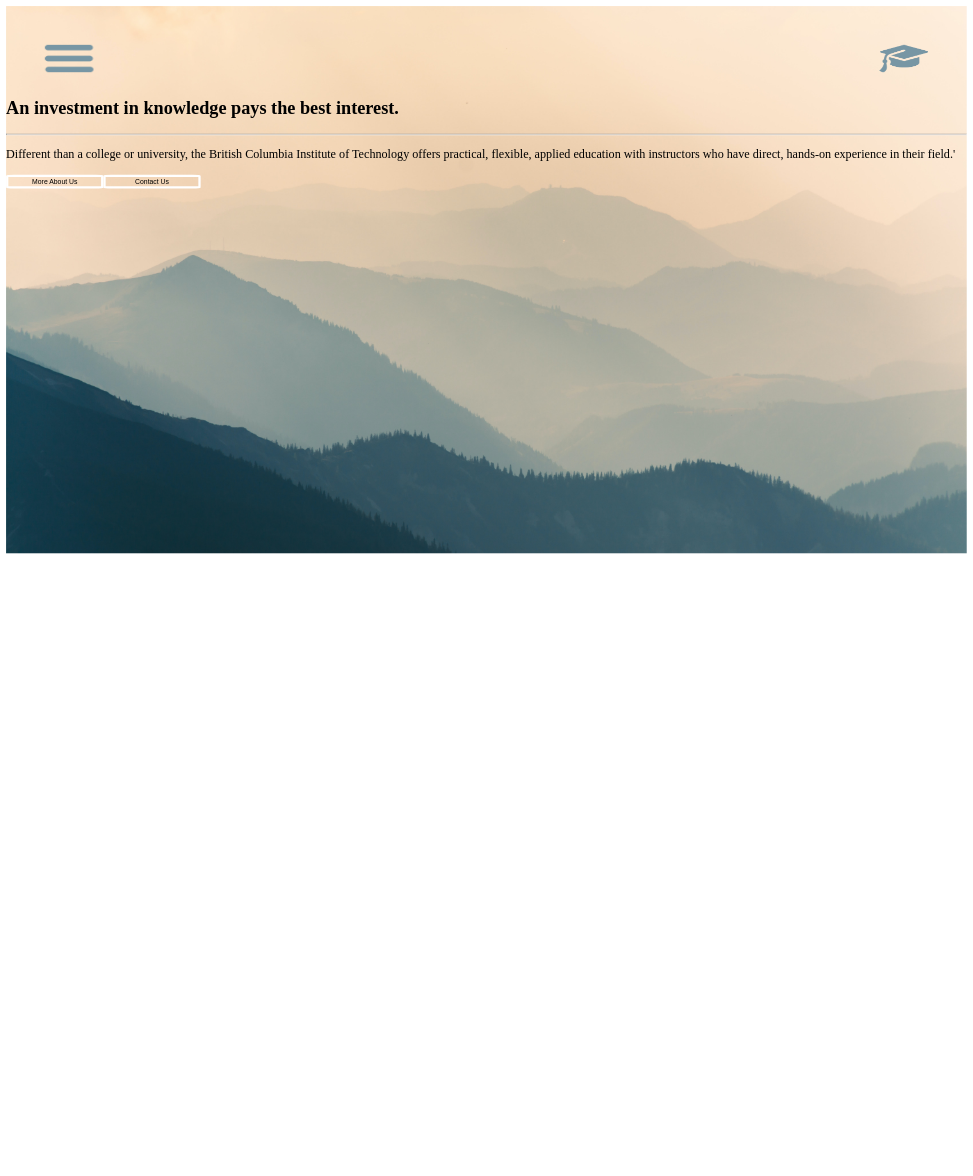
Repository: sierralaurent/MDIA2109-Assignment01
Page: /
An editor plug-in stored every save of this project. The page is shown before and after the next save, followed by the edit.
The browser window is 1280 px wide. The pictures show the whole page, at 76% of full size.
The project was rebuilt for these pictures with package versions that can differ from the ones it lists, and the page was loaded fresh each time. The framework's server and built-in components were replaced by stand-ins that run in the browser. Also part of the build but not shown: next.config.js.

Above is the page before, as saved 2023-02-01 16:33:49.

### pages/index.js
import Head from 'next/head'
import Image from 'next/image'
import { Inter } from '@next/font/google'
import styles from '@/styles/Home.module.css'
import Link from 'next/link'

const inter = Inter({ subsets: ['latin'] })

export default function Home() {
  return (
    <>
    <nav>
      <Head>
        <title>Home</title>
        <meta name="author" content="MDIA 2109" />
        <meta property="og:title" content="Assignment #1 - Home Page" />
        <meta property="og:description" content="BCIT Digital Design and Development Diploma" />
        <link rel="icon" href="/favicon.png" />
        </Head>
        <main className={styles.main} >
          <div className={styles.nav}>
            <img src="icons/menu-icon.png" className={styles.icon1}/>
            <img src="icons/graduation-hat.png" className={styles.icon2}/>
          </div>
          <div className={styles.middle}>
            <h1>An investment in knowledge pays the best interest.</h1>
            <hr></hr>
            <p>Different than a college or university, the British Columbia Institute of Technology offers practical, flexible, applied education with instructors who have direct, hands-on experience in their field.'</p>
            </div>
            <div className={styles.buttons}>
            <Link href="/about">
          <button className={styles.butt}>More About Us</button>
        </Link>
        <Link href="/contact">
        <button className={styles.butt}>Contact Us</button>
        </Link>
            </div>
          <div className={styles.icon3}>
            <a href="/about">
              <span>
                <img
                src="icons/downwardArrow.png"
                />
              </span>
            </a>
          </div>
        </main>
    </nav>
    </>
  )
}

### styles/Home.module.css
.carouselImage {
  height: 200px;
  background-repeat: no-repeat;
  background-size: cover;
  display: flex;
  justify-content: center;
  align-items: center;
  margin: 40px 0px;
}
.main {
  background-image: url('../public/background-images/backgroundMountain.jpg');
  background-size: cover;
  height: 100vh;
}

.intro {
  position: flex;
  justify-content: center;
  align-items: center;
}

.buttons {
  position: flex;
  justify-content: center;
  align-items: center;
}
.butt {
  border: 3px solid white;
  border-radius: 8%;
  background-color: transparent;
  width: 10vw;
  height: 2.5vh;
  max-width: 15vw;
  max-height: 5vh;
  font-size: 1.25vh;
}

.hr {

}

.middle {
  position: relative;
  justify-content: center;
  align-items: center;
}

.icon1 {
  width: 5vw;
  height: 5vh;
  float: left;
}
.icon2 {
  width: 5vw;
  height: 5vh;
  float: right;
}
.icon3 {
  width: 5vw;
  height: 5vh;
  float: right;
  padding: 50%;
  padding-right: 10%;
}

.nav {
  padding: 4%;
}

Loaded but not shown: pages/_document.js (common file)

After the next save:
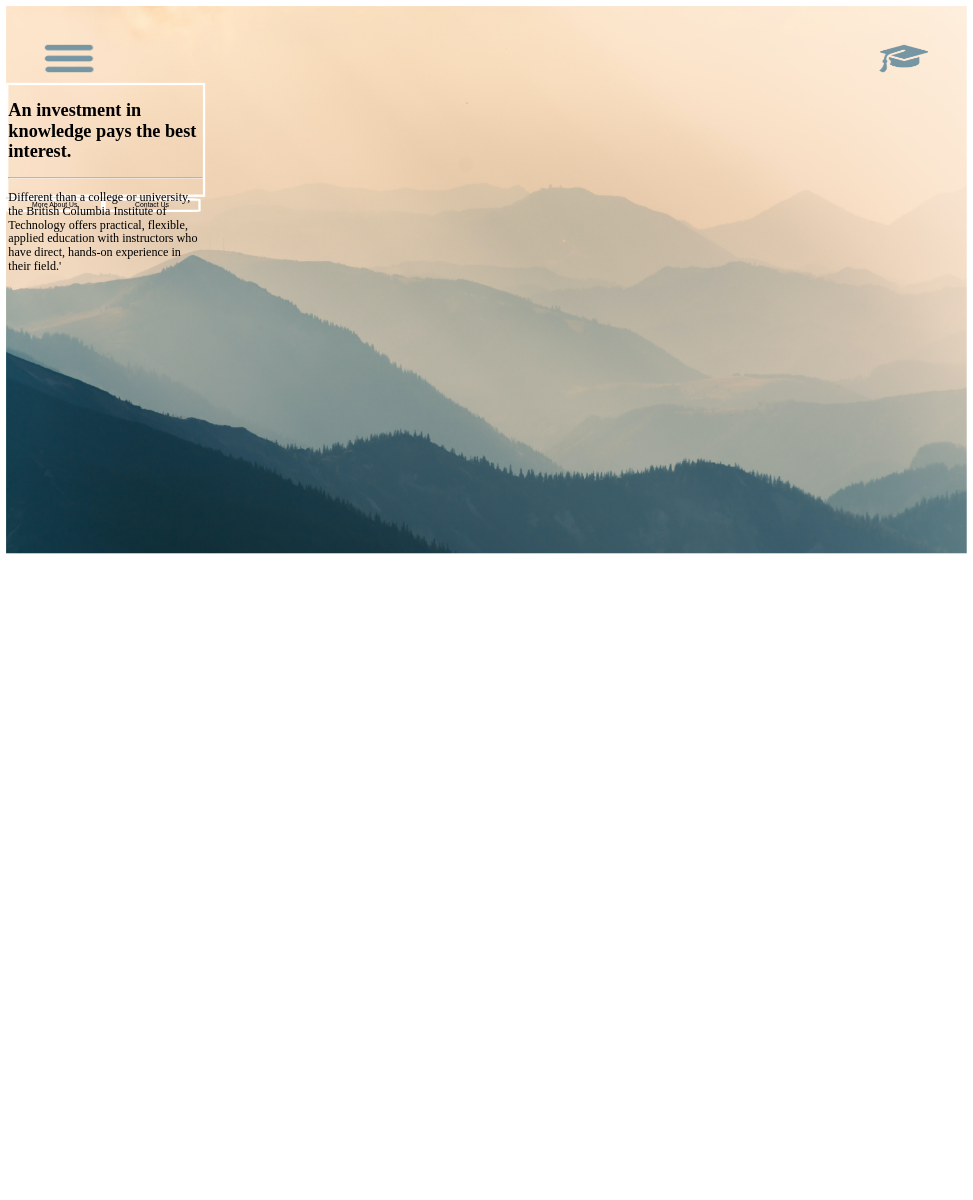
Saved 47 s later.
--- a/styles/Home.module.css
+++ b/styles/Home.module.css
@@ -43,6 +43,9 @@
   position: relative;
   justify-content: center;
   align-items: center;
+  height: 20vh;
+  width: 20vw;
+  border: 3px solid white;
 }
 
 .icon1 {
